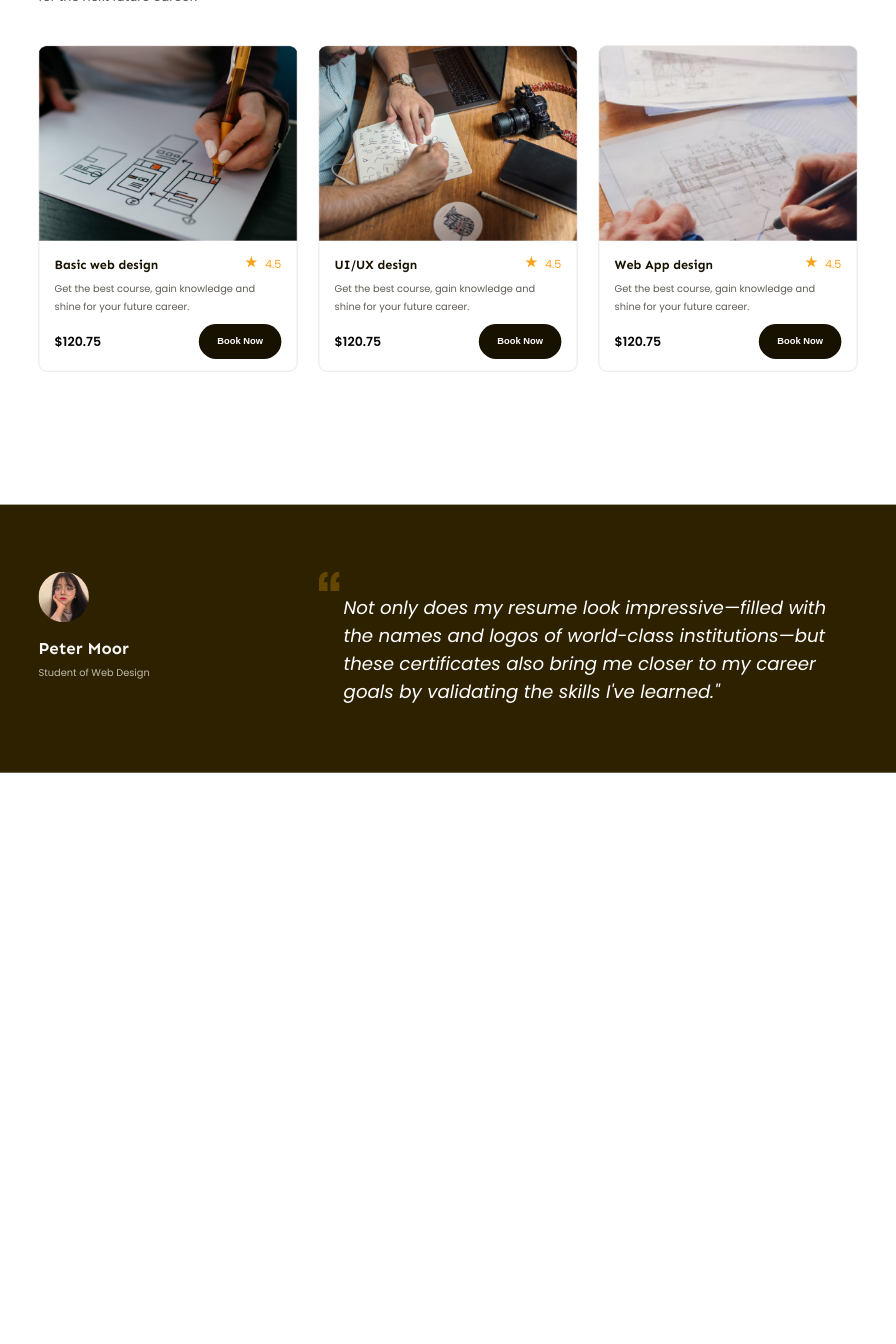
Repository: Toihoclaptrinh/duan1_figma
Page: index.html
These files come from the project's save history. The page is drawn as it stood at one moment and after the next save; the edit follows.
The browser window is 1280 px wide. The pictures show the part of the page from y = 1217 to 3137 px (the page is 10000 px tall), at 70% of full size.

Above is the page before, as saved 2024-02-10 00:41:25.

### index.html
<!DOCTYPE html>
<html lang="en">
  <head>
    <meta charset="UTF-8" />
    <meta name="viewport" content="width=device-width, initial-scale=1.0" />
    <!-- reset css -->
    <link rel="stylesheet" href="./assets/css/reset.css" />
    <!-- embet font -->
    <link rel="preconnect" href="https://fonts.googleapis.com" />
    <link rel="preconnect" href="https://fonts.gstatic.com" crossorigin />
    <link
      href="https://fonts.googleapis.com/css2?family=Poppins:ital,wght@0,400;0,500;0,600;0,700;1,400&family=Sen:wght@700&display=swap"
      rel="stylesheet"
    />

    <!-- style css -->
    <link rel="stylesheet" href="./assets/css/style.css" />

    <title>Figma</title>
  </head>
  <body style="height: 10000px">
    <!-- header -->
    <header class="header fixed">
      <div class="main-content">
        <div class="body">
          <!-- logo -->
          <img src="./assets/icon/Lesson..svg" alt="Lesson" />
          <!-- navigation -->
          <nav class="nav">
            <ul>
              <li class="active">
                <a href="#!">Home</a>
              </li>
              <li>
                <a href="#!">Courses</a>
              </li>
              <li>
                <a href="#!">Pricing</a>
              </li>
              <li>
                <a href="#!">Reviews</a>
              </li>
            </ul>
          </nav>
          <!-- btn action -->
          <div class="action">
            <a href="#!" class="btn btn-sign-up">Sign Up</a>
          </div>
        </div>
      </div>
    </header>

    <main>
       <!-- code phần hero -->
      <div class="hero">
        <div class="main-content">
          <div class="body">
            <!-- hero left -->
            <div class="media-block">
              <img
                src="./assets/img/guy-lesson 1.jpg"
                alt="ảnh minh họa"
                class="img"
              />
              <div class="hero-summary">
                <!-- item 1 -->
                <div class="item">
                  <div class="icon">
                    <img src="./assets/icon/Design.svg" alt="icon design" />
                  </div>
                  <div class="info">
                    <p class="label">20 Courses</p>
                    <p class="title">UI/UX Design</p>
                  </div>
                </div>
                <!-- item 2 -->
                <div class="item">
                  <div class="icon icon2">
                    <img src="./assets/icon/Dev.svg" alt="icon dev" />
                  </div>
                  <div class="info">
                    <p class="label">20 Courses</p>
                    <p class="title">Development</p>
                  </div>
                </div>
                <!-- item 3 -->
                <div class="item">
                  <div class="icon icon3">
                    <img src="./assets/icon/Mark.svg" alt="icon marketing" />
                  </div>
                  <div class="info">
                    <p class="label">30 Courses</p>
                    <p class="title">Marketing</p>
                  </div>
                </div>
              </div>
            </div>
              <!-- hero-right -->
              <div class="contain-block">
                <h1 class="heading">
                  Learn without limits and spread knowledge.
                </h1>
                <p class="desc">
                  Build new skills for that “this is my year” feeling with
                  courses, certificates, and degrees from world-class
                  universities and companies.
                </p>
                <div class="cta-group">
                  <a href="#!" class="btn">See Courses</a>
                  <button class="watch-video">
                    <div class="icon">
                      <img src="./assets/icon/Polygon 2.svg" alt="play video" />
                    </div>
                    <span>Watch Video</span>
                  </button>
                </div>
                <p class="desc descRecent">Recent engagement</p>
                <p class="desc descstrong" >
                  <strong>50K</strong> Students <strong>70+</strong> Courses
                </p>
              </div>
          </div>
        </div>
        </div>
      </div>
       <!-- code phần pupular -->
      <div class="popular">
        <div class="main-content">
          <div class="pupular-top">
            <!-- khối bên trái  -->
            <div class="info">
              <h2 class="heading-lv2">Our popular courses</h2>
              <p class="desc">Build new skills with new trendy courses and shine for the next future career.</p>
            </div>
              <div class="controls">
                <button class="control-btn">
                  <svg width="8" height="14" viewBox="0 0 8 14" fill="none" xmlns="http://www.w3.org/2000/svg">
                    <path d="M7 1L1 7L7 13" stroke="currentColor" stroke-linecap="round" stroke-linejoin="round"/>
                    </svg>
                </button>
                <button class="control-btn">
                  <svg width="8" height="14" viewBox="0 0 8 14" fill="none" xmlns="http://www.w3.org/2000/svg">
                    <path d="M1 1L7 7L1 13" stroke="currentColor" stroke-linecap="round" stroke-linejoin="round"/>
                    </svg>
                </button>
              </div>
          </div>
          <div class="courses-list">
            <!-- khối thứ 1  -->
            <div class="courses-item">
              <a href="#!"><img src="./assets/img/thumb.jpg" alt="Basic web design" class="thumb"></a>
              <div class="info">
                <div class="head">
                  <h3 class="title"><a href="#!">Basic web design</a></h3>
                  <div class="rating">
                      <img src="./assets/icon/Star.svg" alt="star" class="star">
                      <span class="value">4.5</span>
                   </div>
                </div>

              <div class="desc">
                <p>Get the best course, gain knowledge and shine for your future career.</p>
              </div>
              <div class="foot">
                <span class="price">$120.75</span>
                <button class="btn">Book Now</button>
              </div>
            </div>
          </div>
            <!-- khối thứ 2 -->
            <div class="courses-item">
             <a href="#!"> <img src="./assets/img/thum2.jpg" alt="UI/UX design" class="thumb"></a>
              <div class="info">
                <div class="head">
                  <h3 class="title"><a href="#!">UI/UX design</a></h3>
                  <div class="rating">
                    <img src="./assets/icon/Star.svg" alt="star" class="star">
                      <span class="value">4.5</span>
                   </div>
                </div>

              <div class="desc">
                <p>Get the best course, gain knowledge and shine for your future career.</p>
              </div>
              <div class="foot">
                <span class="price">$120.75</span>
                <button class="btn">Book Now</button>
              </div>
            </div>
          </div>
            <!-- khối thứ 3 -->
            <div class="courses-item">
              <a href="#!"><img src="./assets/img/thumb3.png" alt="Web App design" class="thumb"></a>
              <div class="info">
                <div class="head">
                  <h3 class="title"><a href="#!">Web App design</a></h3>
                  <div class="rating">
                    <img src="./assets/icon/Star.svg" alt="star" class="star">
                      <span class="value">4.5</span>
                   </div>
                </div>
                <div class="desc">
                  <p>Get the best course, gain knowledge and shine for your future career.</p>
                </div>
                <div class="foot">
                  <span class="price">$120.75</span>
                  <button class="btn">Book Now</button>
                </div>
            </div>
          </div>
        </div>
        </div>
     </div>
     <!-- code phần feedback -->
     <div class="feedback">
        <div class="main-content">
          <div class="feedback-list">
            <div class="feedback-items">
              <!-- khối bên trái -->
                <div class="info">
                  <img src="./assets/img/avatar.jpg" alt="avatar" class="avatar">
                  <p class="name">Peter Moor</p>
                  <p class="desc">Student of Web Design</p>
                  <div class="dots">
                    <span class="dot"></span>
                    <span class="dot"></span>
                    <span class="dot"></span>
                  </div>
                </div>
                <!-- khối bên phải -->
                <div class="describe">
                  <img src="./assets/icon/quotes.svg" alt="quotes" class="quotes">
                  <p class="desc"> Not only does my resume look impressive—filled with the names and logos of
                    world-class institutions—but these certificates also bring me closer to my career goals by
                    validating the skills I've learned." </p>
                </div>
            </div>
          </div>
        </div>
     </div>
    </main>
  </body>
</html>

### assets/css/style.css
/* font
 font-family: 'Poppins', sans-serif;
font-family: 'Sen', sans-serif;
 */

/* Phần code chung */

:root {
  --font-heading: "Sen", sans-serif;
  --primary-color: #ffb900;
}

* {
  box-sizing: border-box;
}
html {
  font-size: 62.5%;
}
body {
  font-size: 1.6rem;
  font-family: "Poppins", sans-serif;
}

a {
  text-decoration: none;
}

.heading-lv2 {
  font-family: var(--font-heading);
  font-size: 3.8rem;
  font-weight: 700;
  line-height: 1.27;
  letter-spacing: -0.76px;
}

/* code phần khối giao diện */
.main-content {
  width: 1170px;
  margin-left: auto;
  margin-right: auto;
  max-width: calc(100% - 48px);
}

/* Phần header */
.header {
  background: #fffcf4;
}
.header.fixed {
  position: sticky;
  /* phần phía trên sign up cách phía trên 8px cho bằng với phần bên dưới,nên để top -28px(36px-8),để âm 28 để cho phần
  thừa ra bị ẩn đi */
  top: -28px;
  z-index: 1;
}

.header .body {
  display: flex;
  align-items: center;
  padding: 36px 0px 8px;
}

.nav ul {
  display: flex;
}
.nav {
  margin-left: auto;
}

/* Thanh điều hướng */
.nav a {
  position: relative;
  color: #5f5b53;
  font-size: 1.6rem;
  padding: 8px 21px;
}

/* Dùng shadow tạo hiệu ứng in đậm khi hover  */
.nav li.active a,
.nav a:hover {
  color: #171100;
  text-shadow: 1px 0px 0px currentColor;
}

/* tạo dấu gạch chân dưới Home */
.nav li.active a::after {
  left: 21px;
  bottom: 6px;
  position: absolute;
  display: block;
  content: "";
  width: 12px;
  height: 2px;
  border-radius: 1px;
  background: #171100;
}

/* sign-up  */
.btn {
  display: inline-block;
  line-height: 50px;
  padding: 0 16px;
  min-width: 118px;
  color: #fff;
  text-align: center;
  font-weight: 600;
  border-radius: 999px;
  background: #171100;
}

.btn:hover {
  opacity: 0.9;
}

.header .btn-sign-up {
  min-width: 144px;
}

.header .action {
  margin-left: 49px;
}

/* phần hero  */

.hero {
  padding: 56px 0 65px;
  background-color: #fffcf4;
}

.hero .body {
  display: flex;
}

/* =========== hero left ================== */

.hero .media-block {
  width: 48%;
  position: relative;
}

.hero .media-block .img {
  width: 470px;
  height: 685px;
  object-fit: cover;
  border-radius: 20px;
}

.hero .hero-summary {
  width: 270px;
  padding: 24px;
  position: absolute;
  bottom: 48px;
  left: 300px;
  border-radius: 20px;
  background-color: #ffffff;
}

.hero-summary .item {
  display: flex;
  align-items: center;
}

.hero-summary .item + .item {
  margin-top: 22px;
}

.hero-summary .icon {
  width: 48px;
  height: 48px;
  border-radius: 50%;
  display: flex;
  justify-content: center;
  background-color: #fff9e8;
}

.hero-summary .icon2 {
  background-color: #fcefff;
}

.hero-summary .icon2 {
  background-color: #ebeaff;
}

.hero-summary .info {
  margin-left: 16px;
}

.hero-summary .info .label {
  font-size: 1.4rem;
  line-height: 1.86;
  color: #5f5b53;
}

.hero-summary .info .title {
  font-size: 1.4rem;
  color: #171100;
  line-height: 1.67;
  font-weight: 600;
}

/* =============== hero right ======= */

.hero .contain-block {
  width: 52%;
  padding-left: 130px;
  padding-top: 64px;
}

.hero .heading {
  color: #171100;
  font-family: var(--font-heading);
  font-size: 5.8rem;
  font-weight: 700;
  line-height: 1.17;
  letter-spacing: -1.16px;
}

.hero .desc {
  margin-top: 22px;
  font-size: 1.8rem;
  line-height: 1.67;
  color: #5f5b53;
}

.hero .cta-group {
  display: flex;
  margin-top: 38px;
  align-items: center;
}

.hero .btn {
  min-width: 180px;
  background-color: var(--primary-color);
  line-height: 64px;
}

.hero .watch-video {
  margin-left: 28px;
  border: none;
  background-color: transparent;
  display: flex;
  align-items: center;
  cursor: pointer;
}

.hero .watch-video .icon {
  width: 40px;
  height: 40px;
  background-color: #ffffff;
  border-radius: 40px;
  display: flex;
  align-items: center;
  justify-content: center;
  box-shadow: rgba(67, 71, 85, 0.27) 0px 0px 0.25em,
    rgba(90, 125, 188, 0.05) 0px 0.25em 1em;
}

.hero .watch-video span {
  margin-left: 14px;
  font-size: 1.8rem;
  font-weight: 600;
  line-height: 1.67;
}

.hero .descRecent {
  margin-top: 48px;
}

.hero .descstrong strong {
  font-family: var(--font-heading);
  font-size: 4.4rem;
  font-weight: 700;
  line-height: 1.23;
  color: #171100;
  margin-right: 15px;
}

.hero .descstrong {
  margin-top: 8px;
}

.hero .descstrong strong:nth-child(2) {
  margin-left: 28px;
}

.popular {
  padding: 65px 0px 55px;
  margin-top: 135px;
}

.pupular-top {
  display: flex;
  justify-content: space-between;
}

.pupular-top .desc {
  width: 458px;
  color: #5f5b53;
  font-size: 1.8rem;
  font-weight: 400;
  line-height: 1.67;
  margin-top: 16px;
}

.pupular-top .controls {
  display: flex;
  gap: 18px;
}

.pupular-top .control-btn {
  background-color: transparent;
  width: 40px;
  height: 40px;
  border: 1px solid var(--primary-color);
  border-radius: 50%;
  display: flex;
  justify-content: center;
  align-items: center;
  color: #ffb900;
}

.pupular-top .control-btn:hover {
  background-color: #ffb900;
  color: #ffffff;
  cursor: pointer;
}

.popular .courses-list {
  display: flex;
  margin-top: 55px;
  justify-content: space-between;
  gap: 30px;
}

.popular .courses-list .courses-item {
  flex: 1;
  max-width: 370px;
  height: 466px;
  border-radius: 12px;
  border: 1px solid #e2dfda;
}

.popular .courses-list .courses-item:hover {
  box-shadow: 0px 18px 36px 0px #0000000d;
  border: none;
}
.popular .courses-item .thumb {
  width: 100%;
  height: 278px;
  object-fit: cover;
}

.popular .courses-item .info {
  margin: 16px 22px 22px;
}

.popular .courses-item .head {
  display: flex;
  align-items: center;
  justify-content: space-between;
}

.popular .courses-item .title a {
  color: #171100;
  font-family: var(--font-heading);
  font-size: 1.8rem;
  font-weight: 600;
  line-height: 1.67;
}

.courses-item .head .value {
  font-size: 1.6rem;
  font-weight: 400;
  line-height: 1.75;
  color: #fea31b;
  margin-left: 6px;
}

.popular .courses-item .desc {
  font-size: 1.4rem;
  font-weight: 400;
  line-height: 1.86;
  color: #5f5b53;
  margin-top: 6px;
}

.popular .courses-item .foot {
  display: flex;
  align-items: center;
  justify-content: space-between;
  margin: 12px 0px 22px;
}

.popular .courses-item .foot .price {
  font-size: 1.8rem;
  font-weight: 600;
  line-height: 1.67;
}

.popular .courses-item .foot .btn {
  border: none;
}

.courses-item .foot .btn:hover {
  background-color: #ffb900;
  color: #ffffff;
  cursor: pointer;
}

/* code phần feedback */

.feedback {
  background-color: #2e2100;
  margin-top: 135px;
  padding: 96px 0px;
}

.feedback .feedback-items {
  display: flex;
  justify-content: space-between;
}

.feedback .info {
  width: 159px;
}

.feedback .info .avatar {
  border-radius: 50%;
  height: 72px;
  width: 72px;
  object-fit: cover;
}

.feedback .info .name {
  font-family: var(--font-heading);
  font-size: 2.4rem;
  font-weight: 700;
  line-height: 1.42;
  white-space: nowrap;
  color: #f7f7f7;
  margin-top: 18px;
}

.feedback .info .desc {
  font-size: 1.4rem;
  font-weight: 400;
  line-height: 1.86;
  color: #bfbcb2;
  white-space: nowrap;
  margin-top: 4px;
}
.feedback .describe {
  margin-left: 241px;
}

.feedback .describe .quotes {
}

.feedback .describe .desc {
  font-size: 2.6rem;
  font-style: italic;
  font-weight: 400;
  line-height: 1.54;
  color: #ffffff;
  padding-left: 36px;
}

Loaded but not shown: assets/css/reset.css (common file)

After the next save:
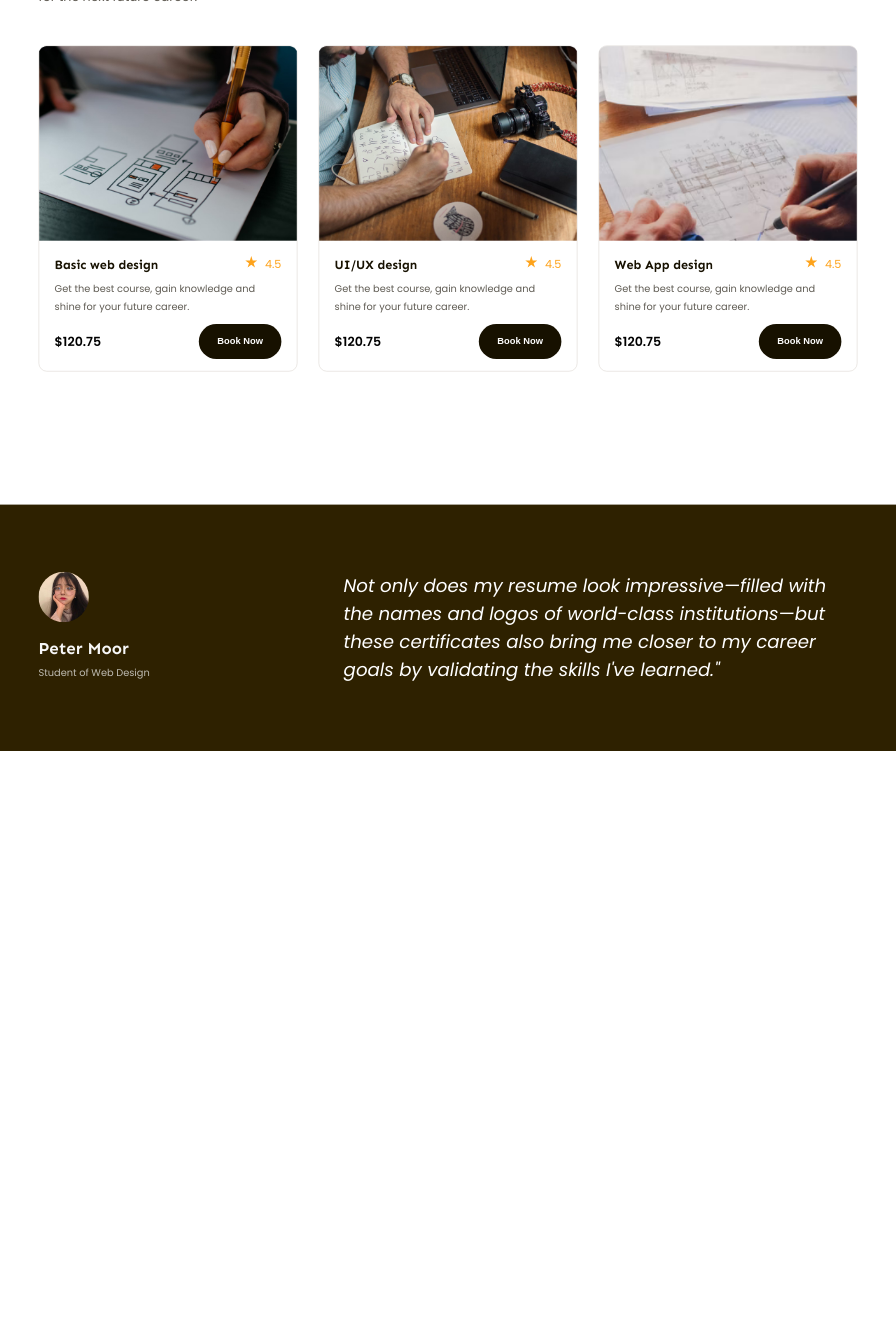
Saved 3 min 21 s later.
--- a/index.html
+++ b/index.html
@@ -229,7 +229,11 @@
                 </div>
                 <!-- khối bên phải -->
                 <div class="describe">
-                  <img src="./assets/icon/quotes.svg" alt="quotes" class="quotes">
+                  <span class="quote">
+                    <span class="quotes"></span>
+                    <span class="quotes"></span>
+                    <span class="quotes"></span>
+                  </span>
                   <p class="desc"> Not only does my resume look impressive—filled with the names and logos of
                     world-class institutions—but these certificates also bring me closer to my career goals by
                     validating the skills I've learned." </p>

After the save that followed:
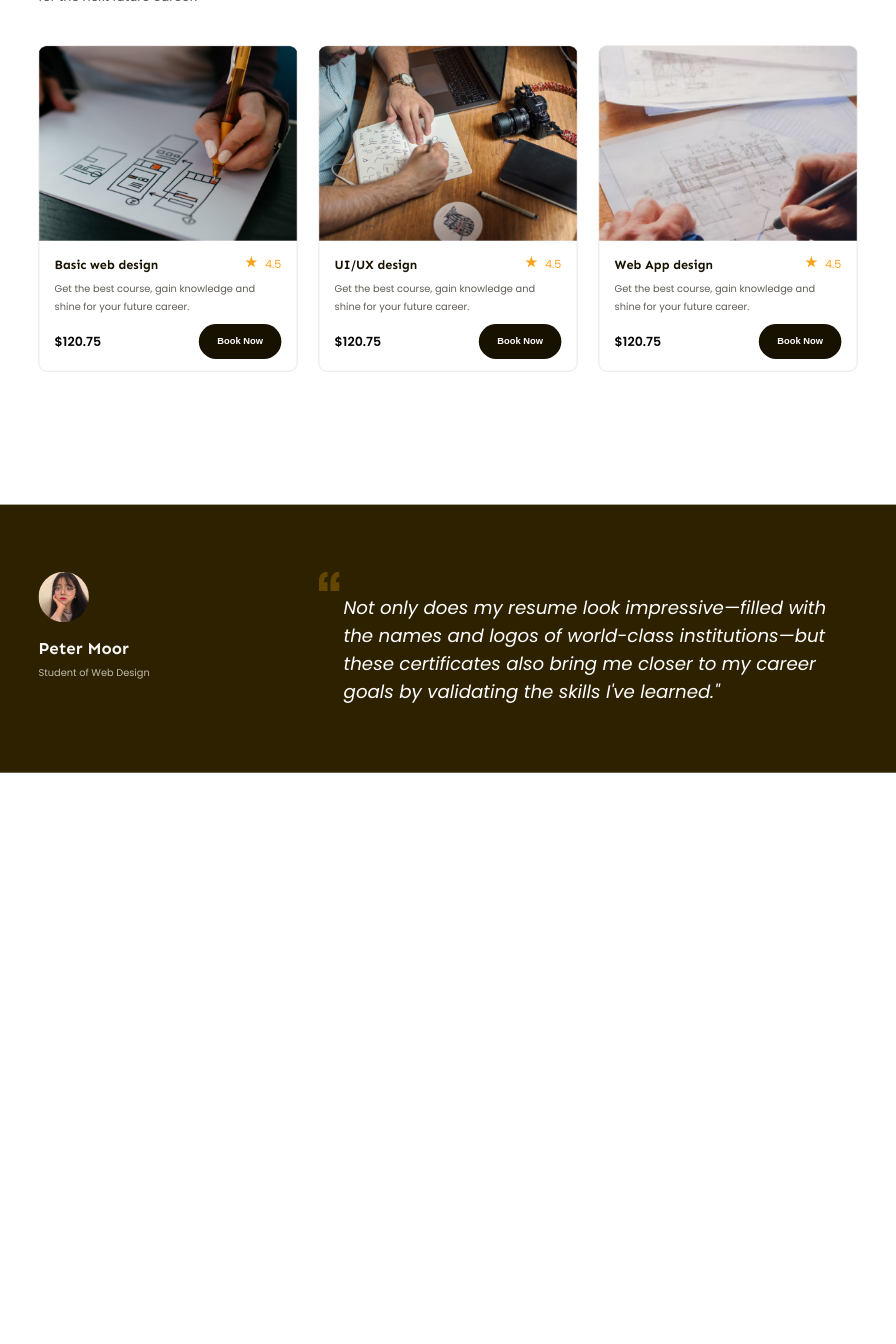
Saved 24 s later.
--- a/index.html
+++ b/index.html
@@ -229,11 +229,7 @@
                 </div>
                 <!-- khối bên phải -->
                 <div class="describe">
-                  <span class="quote">
-                    <span class="quotes"></span>
-                    <span class="quotes"></span>
-                    <span class="quotes"></span>
-                  </span>
+                  <img src="./assets/icon/quotes.svg" alt="quotes" class="quotes">
                   <p class="desc"> Not only does my resume look impressive—filled with the names and logos of
                     world-class institutions—but these certificates also bring me closer to my career goals by
                     validating the skills I've learned." </p>
